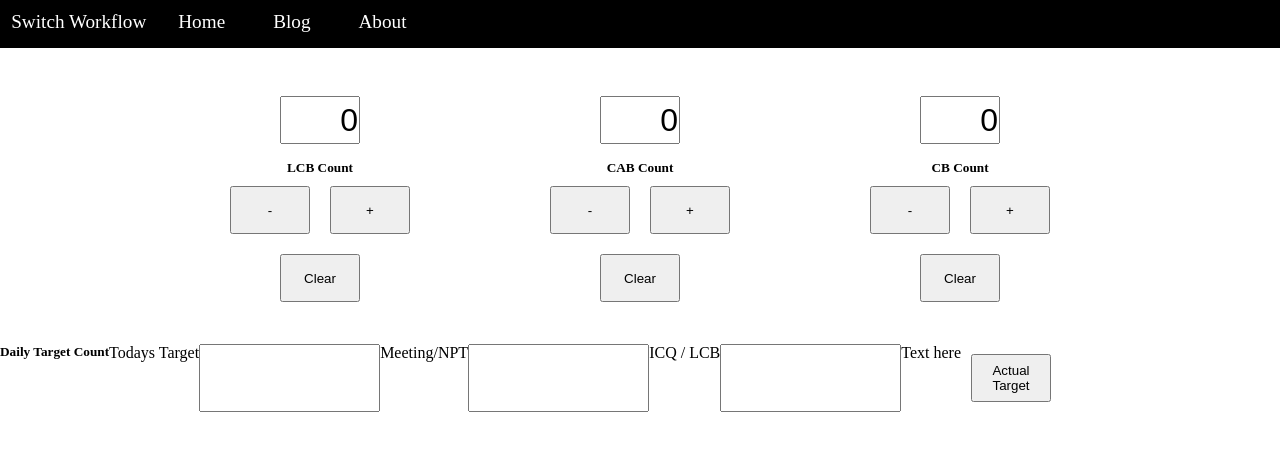
Repository: suraj-yadav7/SwitchWorkflow-Count-reactjs
Page: /
The author's editor kept a copy of each file at every save. The page is drawn from the files as they stood at one save, then again after the next save.
The browser window is 1280 px wide. The pictures show the whole page.
The project was rebuilt for these pictures with package versions that can differ from the ones it lists, and the page was loaded fresh each time.

Above is the page before, as saved 2023-04-18 21:52:41.

After the next save:
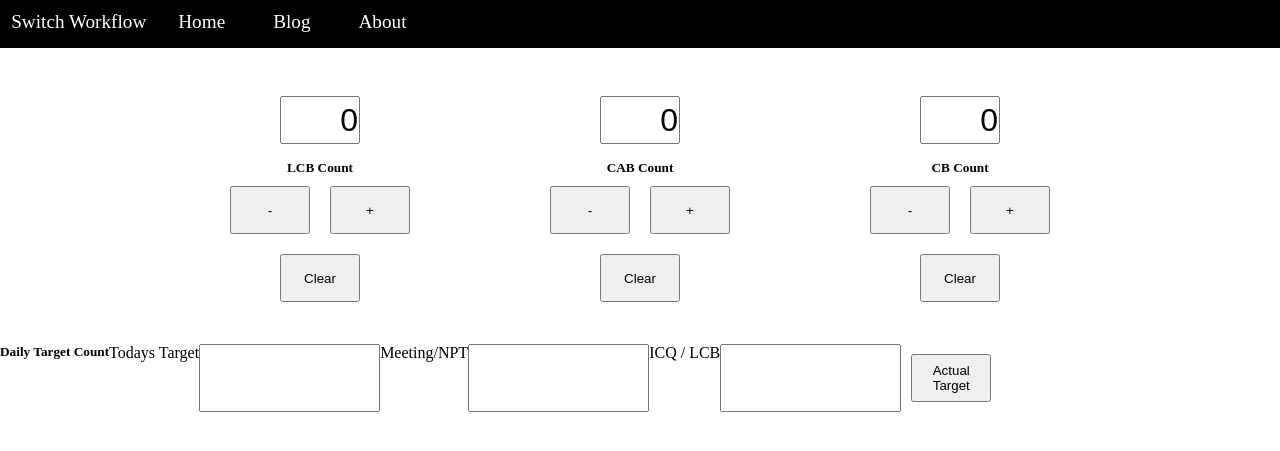
Saved 21 s later.
--- a/src/Components/DailyTarget.jsx
+++ b/src/Components/DailyTarget.jsx
@@ -10,7 +10,7 @@ const DailyTarget = () => {
                         <span>Todays Target</span><input type='text' name="todaysTarget" />
                         <span>Meeting/NPT</span><input type='text' name="npt" />
                         <span>ICQ / LCB</span><input type='text' name="icq" />
-                        <span>Text here</span><button >Actual Target</button>
+                        <button >Actual Target</button>
                     </div>
                 </div>
 
